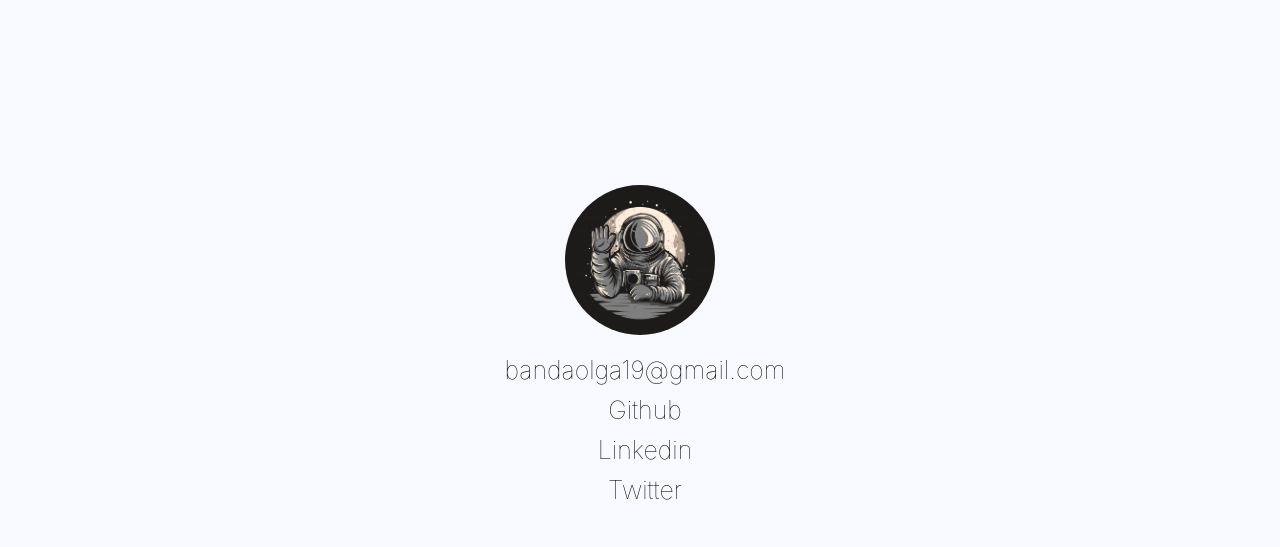
Repository: G1ft-Banda/My-portfolio-Website
Page: /
The author's editor kept a copy of each file at every save. The page is drawn from the files as they stood at one save, then again after the next save.
The browser window is 1280 px wide. The pictures show the whole page.
The project was rebuilt for these pictures with package versions that can differ from the ones it lists, and the page was loaded fresh each time. The framework's server and built-in components were replaced by stand-ins that run in the browser. Also part of the build but not shown: next.config.js.

Above is the page before, as saved 2022-09-29 11:20:48.

After the next save:
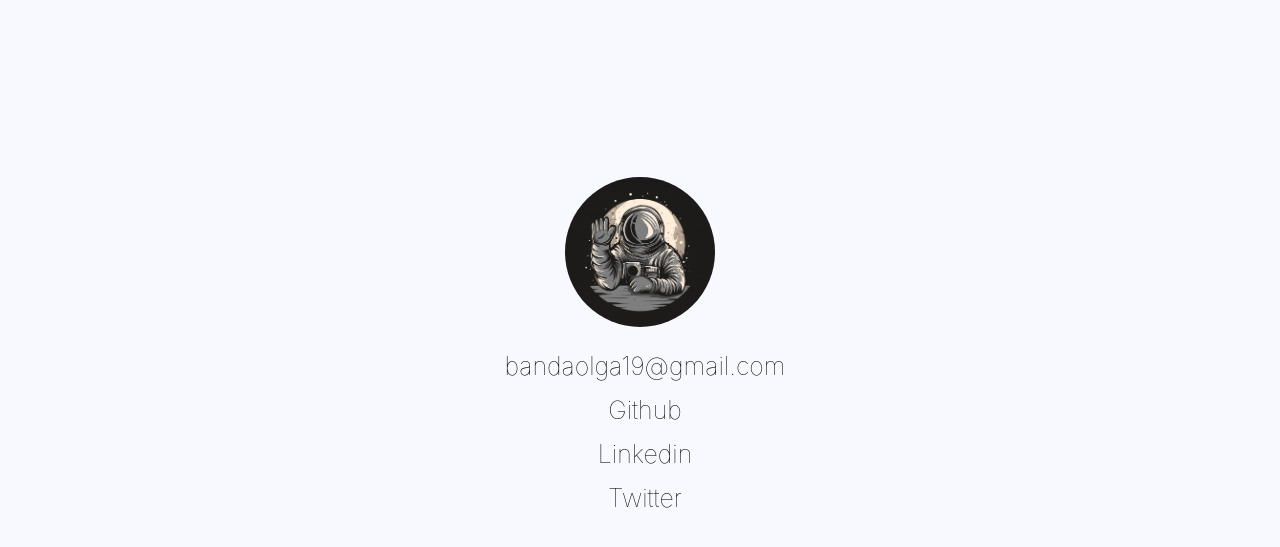
Saved 93 s later.
--- a/styles/globals.css
+++ b/styles/globals.css
@@ -41,7 +41,8 @@ ul {
   gap: 10px;
   align-items: center;
   font-weight: 100;
-  padding-bottom: 10px;
+  padding: 4px;
+  margin-bottom: 6px;
   justify-content: center;
 }
 
